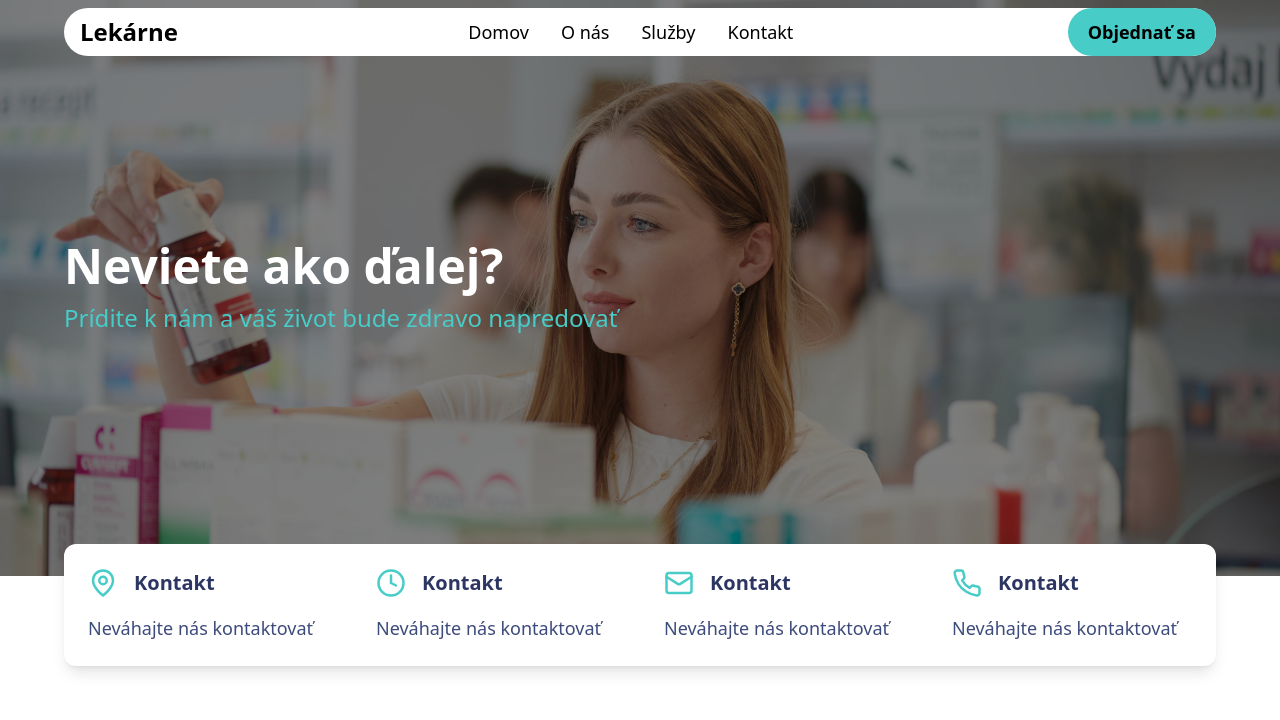
Repository: SimonSkoda13/Lekaren
Page: /
The author's editor kept a copy of each file at every save. The page is drawn from the files as they stood at one save, then again after the next save.
The browser window is 1280 px wide. The pictures show the whole page.
The project was rebuilt for these pictures with package versions that can differ from the ones it lists, and the page was loaded fresh each time. The framework's server and built-in components were replaced by stand-ins that run in the browser. Also part of the build but not shown: next.config.js.

Above is the page before, as saved 2023-04-22 18:05:31.

### src/app/layout.tsx
import { Header } from "./components/Header/Header";
import "./globals.css";
import { Poppins } from "next/font/google";

export const metadata = {
  title: "Create Next App",
  description: "Generated by create next app",
};

export default function RootLayout({
  children,
}: {
  children: React.ReactNode;
}) {
  return (
    <html lang="en">
      <body className="bg-white min-h-[100vh]">
        <Header />
        <main>{children}</main>
        <footer></footer>
      </body>
    </html>
  );
}

### src/app/page.tsx
import Image from "next/image";
import { Inter } from "next/font/google";
import { HomeHero } from "./components/HomeHero/HomeHero";
import { Contact } from "./components/Contact/Contact";
import { Phone, MapPin, Clock4, Mail } from "lucide-react";

const inter = Inter({ subsets: ["latin"] });

// page with

export default function Home() {
  return (
    <>
      <HomeHero
        title={"Neviete ako ďalej?"}
        image={"/homeBanner.jpg"}
        description={"Prídite k nám a váš život bude zdravo napredovať"}
      />
      <Contact
        items={[
          {
            title: "Kontakt",
            description: "Neváhajte nás kontaktovať",
            icon: <MapPin size={30} className="stroke-primary" />,
          },
          {
            title: "Kontakt",
            description: "Neváhajte nás kontaktovať",
            icon: <Clock4 size={30} className="stroke-primary" />,
          },
          {
            title: "Kontakt",
            description: "Neváhajte nás kontaktovať",
            icon: <Mail size={30} className="stroke-primary" />,
          },
          {
            title: "Kontakt",
            description: "Neváhajte nás kontaktovať",
            icon: <Phone size={30} className="stroke-primary" />,
          },
        ]}
      />
    </>
  );
}

### src/app/components/Header/Header.tsx
import Link from "next/link";
import React from "react";

export interface HeaderProps {}

export const Header = (props: HeaderProps) => {
  const {} = props;
  return (
    <header className="cntn fixed w-full top-2 z-10">
      <div className="flex bg-white rounded-full">
        <h1 className="py-2 px-4 text-2xl font-bold">Lekárne</h1>
        <div className="py-2 px-4 flex gap-8 items-center mx-auto text-lg font-medium">
          <Link href="/">Domov</Link>
          <Link href="/onas">O nás</Link>
          <Link href="/sluzby">Služby</Link>
          <Link href="/kontakt">Kontakt</Link>
        </div>
        {/* button order self */}
        <div className="flex justify-center items-center px-5 p-0 bg-primary rounded-full text-lg font-bold">
          <Link href="/order">Objednať sa</Link>
        </div>
      </div>
    </header>
  );
};

### src/app/globals.css
@tailwind base;
@tailwind components;
@tailwind utilities;

@layer components {
  .cntn {
    @apply mx-auto px-4  max-w-screen-xl md:px-16;
  }
}

### src/app/components/HomeHero/HomeHero.tsx
import Image from "next/image";
import React from "react";
import { ImageGradient } from "./ImageGradient/ImageGradient";

export interface HomeHeroProps {
  title: string;
  image: string;
  description: string;
}

export const HomeHero = (props: HomeHeroProps) => {
  const { title, image, description } = props;
  return (
    <section className="relative h-[80vh] z-0 px-0">
      <div className="w-full h-full absolute left-0 top-0 ">
        {/* make filter for image to odd brightness from top biggest to bottom lowest */}
        <ImageGradient>
          <Image
            src={image}
            alt="Next.js logo"
            fill
            style={{
              objectFit: "cover",
              objectPosition: "center",
            }}
          />
        </ImageGradient>
      </div>
      <div className="cntn relative gap-3 h-full flex justify-center flex-wrap flex-col z-10">
        <h1 className="text-5xl font-bold text-white">{title}</h1>
        <p className="text-2xl text-primary">{description}</p>
      </div>
    </section>
  );
};

### src/app/components/Contact/Contact.tsx
import { Phone } from "lucide-react";
import Image from "next/image";
import React, { ReactNode } from "react";

export interface ContactProps {
  items?: {
    title: string;
    description: string;
    icon: ReactNode;
  }[];
}

export const Contact = (props: ContactProps) => {
  const { items } = props;
  return (
    <section className="cntn z-10 relative top-[-2rem]">
      <div className="w-full grid grid-cols-2 md:grid-cols-4 items-start bg-white rounded-xl shadow-lg">
        {items?.map((item) => (
          <div className="flex flex-col items-start gap-4 p-6">
            {/* <Image
            src={item.icon}
            alt={"contactIcon" + item.title}
            width={100}
            height={100}
          /> */}
            <div className="flex w-full flex-row gap-4 items-center">
              {item.icon}
              <h2 className="text-xl font-bold text-secondary">{item.title}</h2>
            </div>
            <p className="text-lg font-medium text-secondary-light">
              {item.description}
            </p>
          </div>
        ))}
      </div>
    </section>
  );
};

### src/app/components/HomeHero/ImageGradient/ImageGradient.tsx
import React from "react";

export interface ImageGradientProps {
  children: React.ReactNode;
}

export const ImageGradient = (props: ImageGradientProps) => {
  const { children } = props;
  return (
    <div className="relative w-full h-full brightness-50 overflow-hidden z-10">
      <div className="absolute inset-0 z-10"></div>
      {children}
    </div>
  );
};

### tailwind.config.js
/** @type {import('tailwindcss').Config} */
module.exports = {
  content: [
    "./src/pages/**/*.{js,ts,jsx,tsx,mdx}",
    "./src/components/**/*.{js,ts,jsx,tsx,mdx}",
    "./src/app/**/*.{js,ts,jsx,tsx,mdx}",
  ],
  theme: {
    extend: {
      colors: {
        primary: "#47CCC8",
        secondary: "#2D3663",
        "secondary-light": "#3D4A7C",
      },
    },
  },
  plugins: [],
};

Loaded but not shown: src/app/api/hello/route.ts (common file)

After the next save:
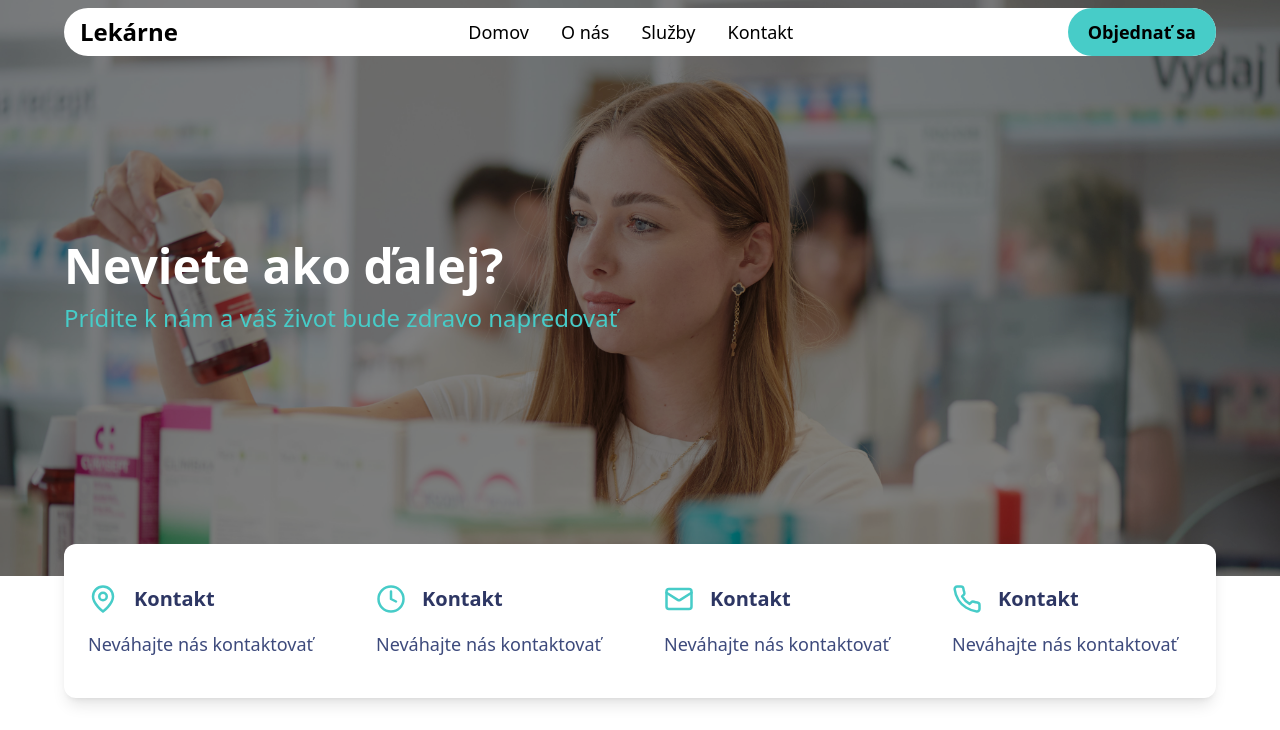
Saved 28 s later.
--- a/src/app/components/Contact/Contact.tsx
+++ b/src/app/components/Contact/Contact.tsx
@@ -16,7 +16,7 @@ export const Contact = (props: ContactProps) => {
     <section className="cntn z-10 relative top-[-2rem]">
       <div className="w-full grid grid-cols-2 md:grid-cols-4 items-start bg-white rounded-xl shadow-lg">
         {items?.map((item) => (
-          <div className="flex flex-col items-start gap-4 p-6">
+          <div className="flex flex-col items-start gap-4 p-6 py-10">
             {/* <Image
             src={item.icon}
             alt={"contactIcon" + item.title}
